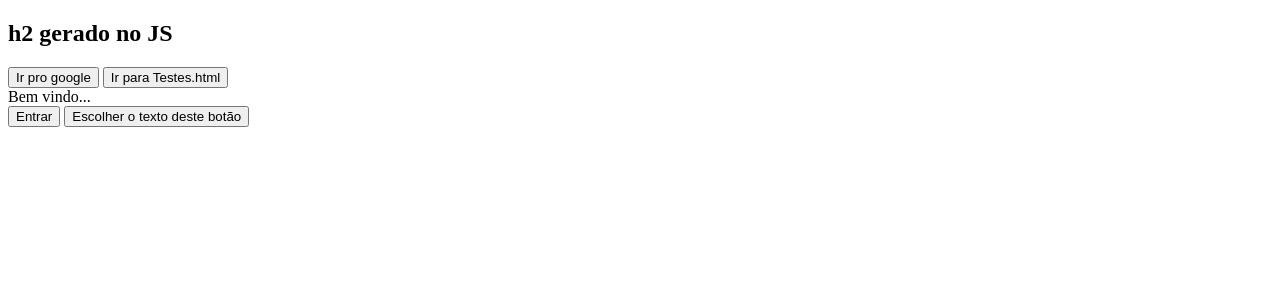
Repository: joaoaspimienta/Testes-e-estudo-de-ReactJS
Page: src/Anotações.html
The author's editor kept a copy of each file at every save. The page is drawn from the files as they stood at one save, then again after the next save.
The browser window is 1280 px wide. The pictures show the whole page.

Above is the page before, as saved 2021-12-27 19:02:55.

After the next save:
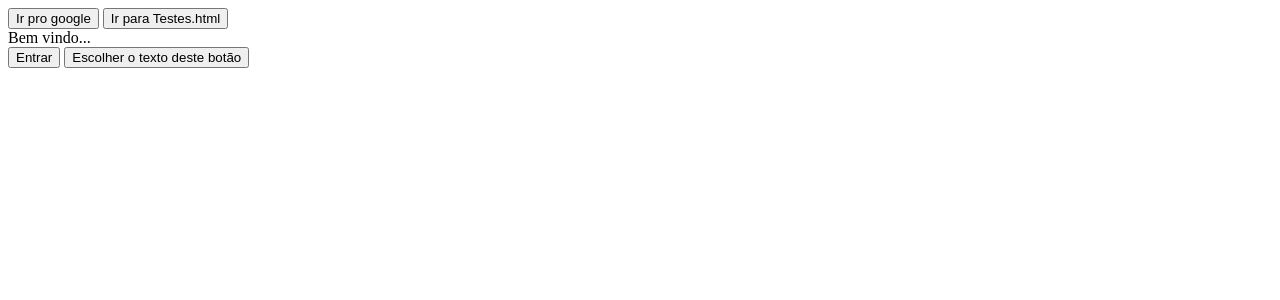
Console error: SyntaxError: Unexpected identifier 'Carvalho'
Saved 21 min 54 s later.
--- a/src/script.js
+++ b/src/script.js
@@ -1 +1,3 @@
 document.write("<h2>h2 gerado no JS</h2>")
+
+userList = ['EMIYA', 'Code, 'Carvalho', 'DrA']

After the 2 saves that followed:
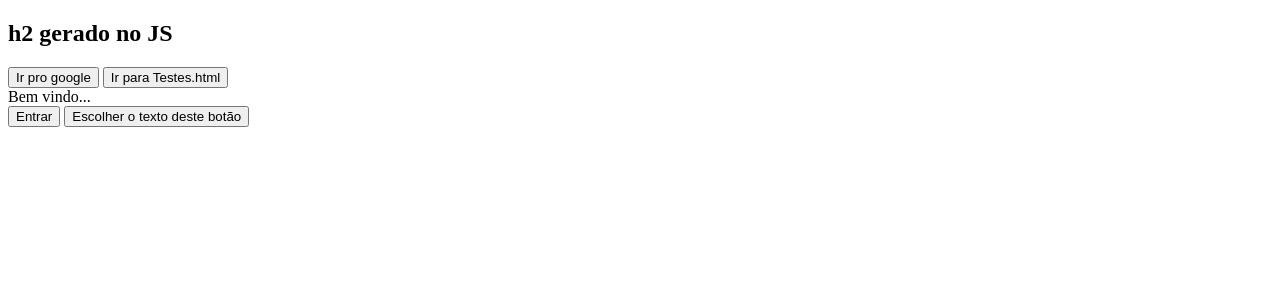
The error is gone.
The 2 saves are shown as one change because 1 left the picture as it was.
The last was saved 71 s later.
--- a/src/script.js
+++ b/src/script.js
@@ -1,3 +1,3 @@
 document.write("<h2>h2 gerado no JS</h2>")
 
-userList = ['EMIYA', 'Code, 'Carvalho', 'DrA']
+var userList = ['EMIYA', 'Code', 'Carvalho', 'DrA'];
